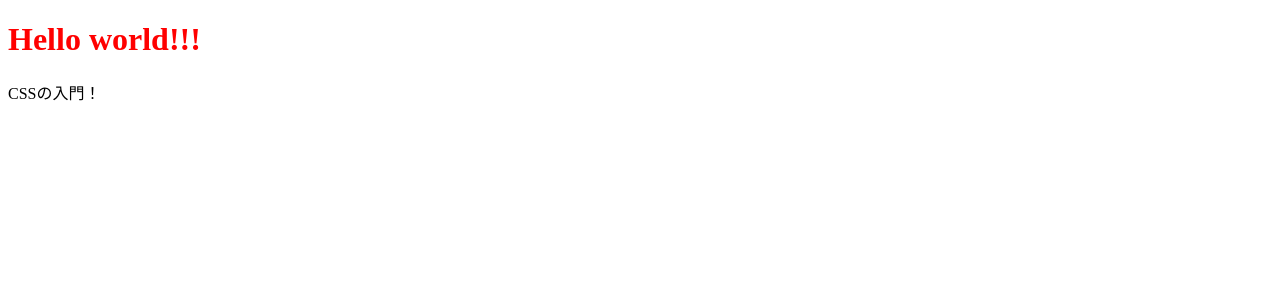
Repository: Sissy7-2/Tip-Memo
Page: html/css_intro/index.html
The author's editor kept a record of every edit. The page is drawn from the files as they stood at one moment, then again after the next edit.
The browser window is 1280 px wide. The pictures show the whole page.

Above is the page before.

### html/css_intro/index.html
<!DOCTYPE HTML>
<html>
<head>
  <meta charset="UTF-8" />
  <title>TECH BOOST</title>

  <style>
    #title {
  color: red;
}
  </style>
</head>
  <body>
    <h1 id="title">Hello world!!!</h1>
<p class="description">CSSの入門！</p>
  </body>
</html>

After the next edit:
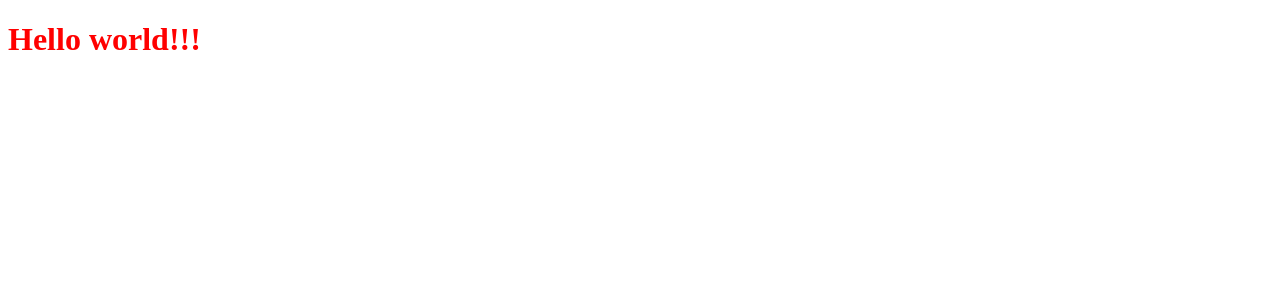
The edit:
--- a/html/css_intro/index.html
+++ b/html/css_intro/index.html
@@ -5,13 +5,12 @@
   <title>TECH BOOST</title>
 
   <style>
-    #title {
-  color: red;
-}
+    h1 {
+      color: red;
+    }
   </style>
 </head>
   <body>
-    <h1 id="title">Hello world!!!</h1>
-<p class="description">CSSの入門！</p>
+    <h1>Hello world!!!</h1>
   </body>
 </html>
